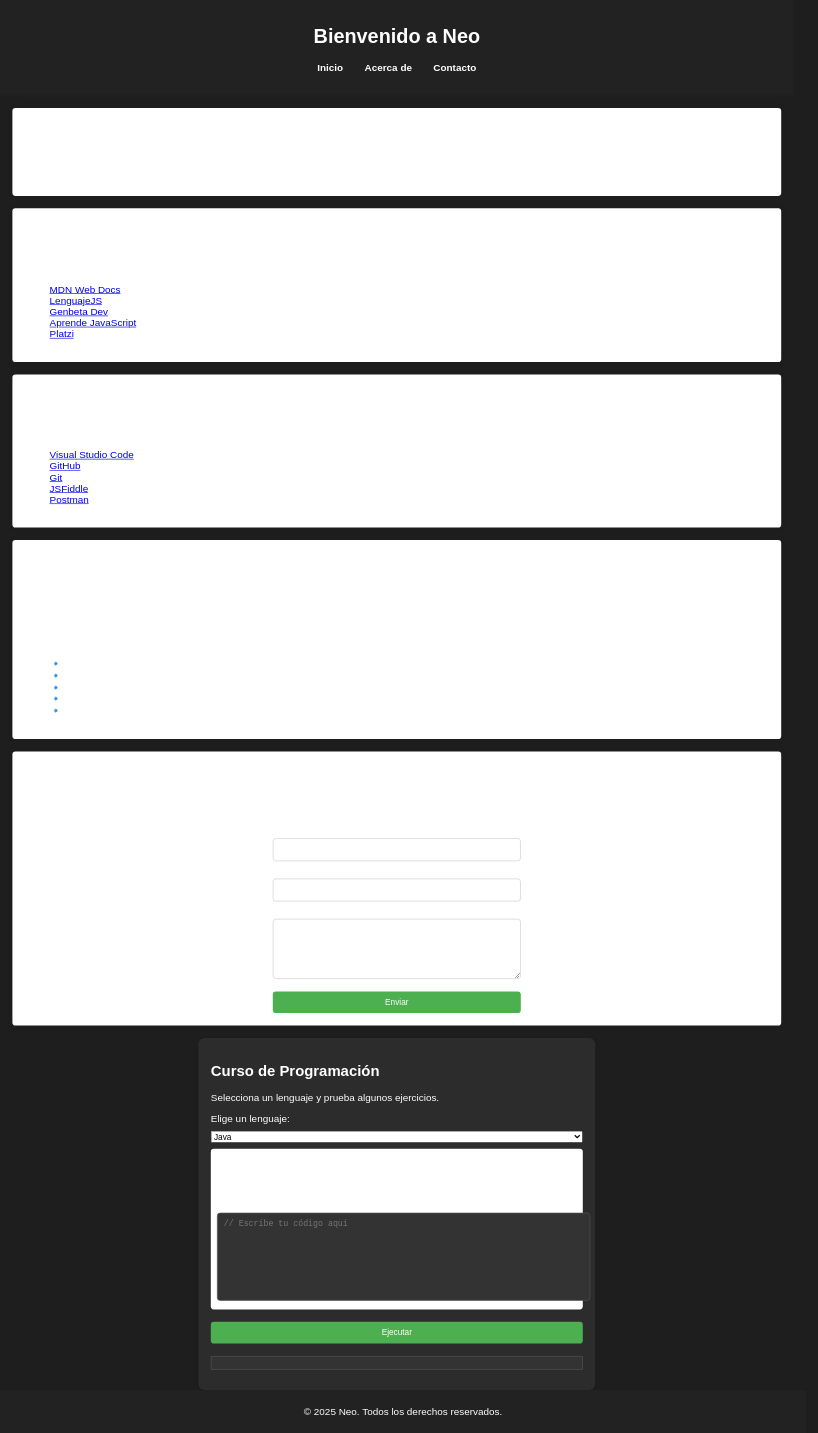
Repository: TapZc/getya_proyect
Page: index.html
An editor plug-in stored every save of this project. The page is shown before and after the next save, followed by the edit.
The browser window is 1280 px wide. The page is 1300 px wide, then 1320 px, so the pictures cover 1320 px, including what lies to the right of the window. The pictures show the whole page, at 62% of full size.

Above is the page before, as saved 2025-02-21 07:40:47.

After the next save:
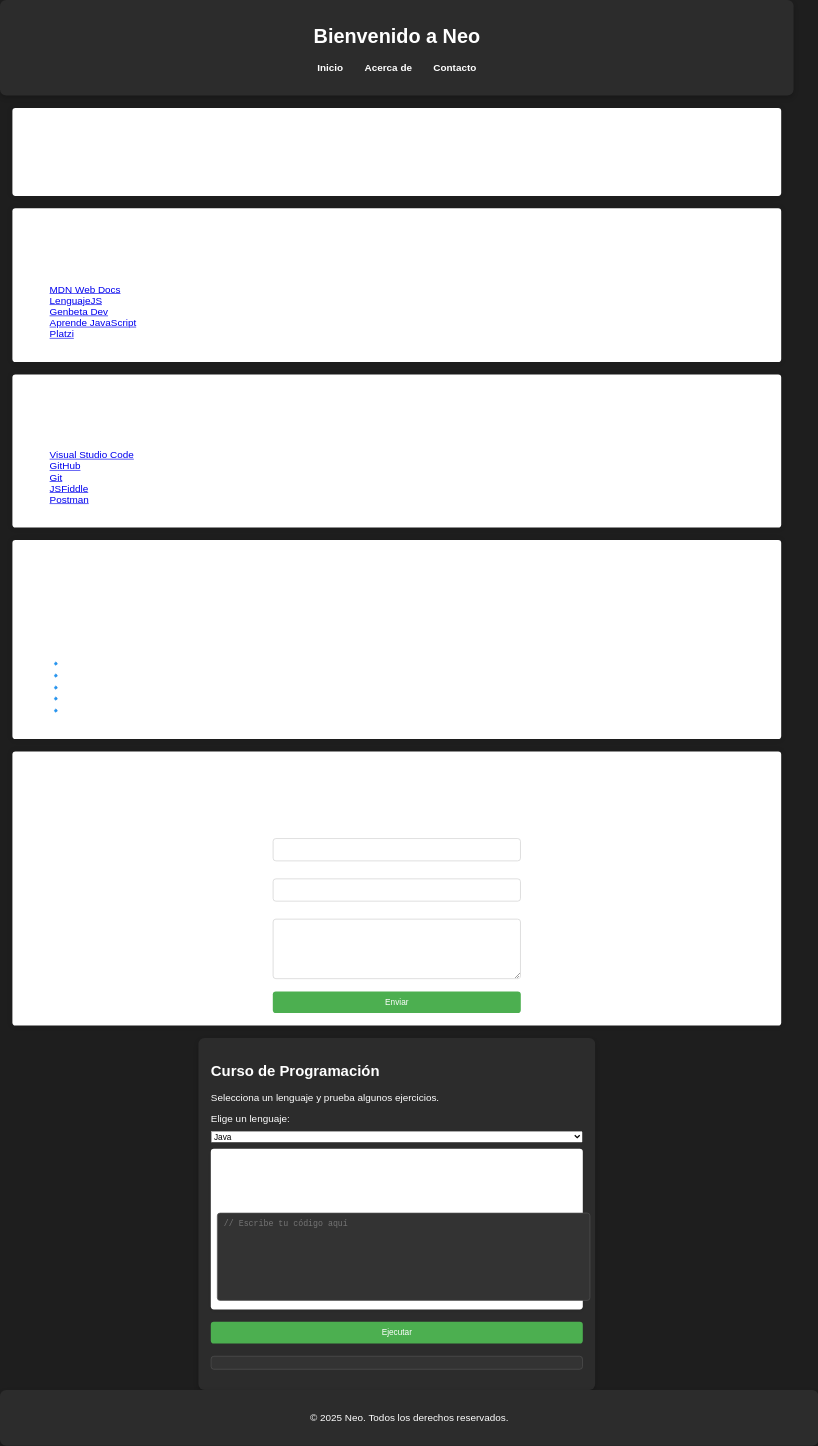
Saved 112 s later.
--- a/styles.css
+++ b/styles.css
@@ -184,3 +184,42 @@ button:hover {
     color: #ffffff;
     border: 1px solid #555;
 }
+/* 🔥 Modo oscuro con mejor contraste */
+body {
+    background-color: #1e1e1e;
+    color: #ffffff;
+    font-family: Arial, sans-serif;
+}
+
+/* Secciones con fondo oscuro */
+#cursos, header, footer {
+    background-color: #2c2c2c; /* Fondo más oscuro */
+    color: #ffffff;
+    padding: 20px;
+    border-radius: 10px;
+    box-shadow: 0px 4px 8px rgba(0, 0, 0, 0.2);
+}
+
+/* Áreas de texto y resultado */
+#codigo, #resultado {
+    background-color: #333;
+    color: #ffffff;
+    border: 1px solid #555;
+    padding: 10px;
+    border-radius: 5px;
+}
+
+/* Botón con mejor visibilidad */
+button {
+    background-color: #4caf50; /* Verde */
+    color: white;
+    border: none;
+    padding: 10px;
+    border-radius: 5px;
+    cursor: pointer;
+    transition: background 0.3s;
+}
+
+button:hover {
+    background-color: #388e3c;
+}
